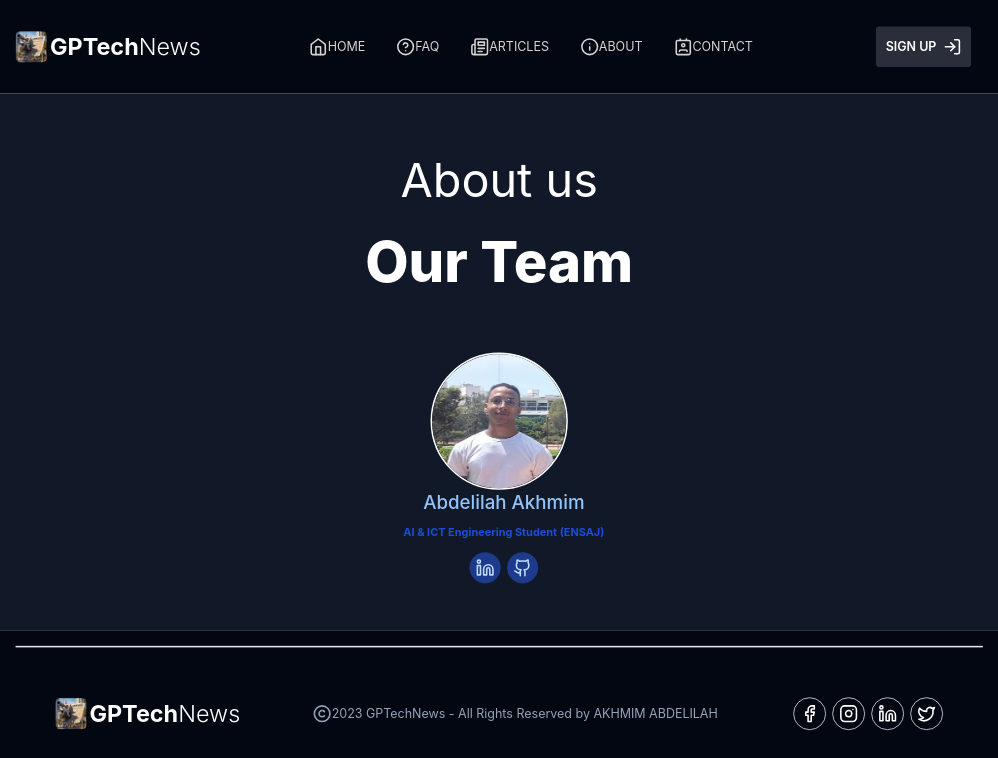
Repository: Lablab-me-Hackathon/gptech-news-frontend
Page: /about
The author's editor kept a copy of each file at every save. The page is drawn from the files as they stood at one save, then again after a run of saves.
The browser window is 1280 px wide. The pictures show the whole page, at 78% of full size.
The project was rebuilt for these pictures with package versions that can differ from the ones it lists, and the page was loaded fresh each time. Also part of the build but not shown: vite.config.js, src/services/home/Explore.jsx, src/services/home/Welcome.jsx, src/routes/Home.jsx, src/routes/FAQ.jsx, src/services/articles/Feed.jsx, src/services/articles/Article.jsx, src/components/Main.jsx and 4 more.

Above is the page before, as saved 2023-08-08 01:55:04.

### index.html
<!doctype html>
<html lang="en">
  <head>
    <meta charset="UTF-8" />
    <link rel="icon" type="image/svg+xml" href="/logo.png" />
    <meta name="viewport" content="width=device-width, initial-scale=1.0" />
    <title>GPTech News</title>
  </head>
  <body>
    <div id="root"></div>
    <script type="module" src="/src/main.jsx"></script>
  </body>
</html>

### src/App.jsx
import './styles/App.css'
import { BrowserRouter as Router, Route, Routes } from "react-router-dom";
import Home from "./routes/Home";
import Faq from "./routes/FAQ";
import Articles from "./routes/Articles";
import About from "./routes/About";
import SignUp from "./routes/SignUp";
import Contact from "./routes/Contact";

function App() {

  return (
    <Router >
      <Routes>
        <Route path="/" element={<Home />} />

        <Route path="/faq" element={<Faq />} />

        <Route path="/articles" element={<Articles />} />

        <Route path="/about" element={<About />} />

        <Route path="/sign-up" element={<SignUp />} />

        <Route path="/contact" element={<Contact />} />

      </Routes>
    </Router >
  )
}

export default App

### src/styles/index.css
@tailwind base;
@tailwind components;
@tailwind utilities;

* {
  padding: 0;
  margin: 0;
}

@layer components {
  .menu-item {
    @apply flex-box sm:flex-col lg:flex-row p-2 md:mx-3 mx-1 text-stone-300 text-base font-normal cursor-pointer border-black rounded hover:text-blue-900 hover:bg-white uppercase;
  }
  .flex-box {
    @apply flex items-center justify-center;
  }
  .home {
    @apply bg-[image:url('ainews.jpg')] bg-cover bg-no-repeat;
  }
  .team-img {
    @apply rounded-full w-44 h-44 border-black;
  }
  .colab {
    @apply flex-box flex-none p-3;
  }
}

:root {
  font-family: Inter, system-ui, Avenir, Helvetica, Arial, sans-serif;
  line-height: 1.5;
  font-weight: 400;

  color-scheme: light dark;
  color: rgba(255, 255, 255, 0.87);
  background-color: #242424;

  text-rendering: optimizeLegibility;
  -webkit-font-smoothing: antialiased;
  -moz-osx-font-smoothing: grayscale;
}

a {
  font-weight: 500;
  color: #646cff;
  text-decoration: inherit;
}
a:hover {
  color: #535bf2;
}

body {
  min-width: 320px;
  min-height: 100vh;
}

h1 {
  font-size: 3.2em;
  line-height: 1.1;
}

button {
  border-radius: 8px;
  border: 1px solid transparent;
  padding: 0.6em 1.2em;
  font-size: 1em;
  font-weight: 500;
  font-family: inherit;
  background-color: #1a1a1a;
  cursor: pointer;
  transition: border-color 0.25s;
}
button:hover {
  border-color: #646cff;
}
button:focus,
button:focus-visible {
  outline: 4px auto -webkit-focus-ring-color;
}

@media (prefers-color-scheme: light) {
  :root {
    color: #213547;
    background-color: #ffffff;
  }
  a:hover {
    color: #747bff;
  }
  button {
    background-color: #f9f9f9;
  }
}

### src/styles/App.css
#root {
  /* margin: 0 auto; */
  text-align: center;
}

.logo {
  height: 6em;
  padding: 1.5em;
  will-change: filter;
  transition: filter 300ms;
}
.logo:hover {
  filter: drop-shadow(0 0 2em #646cffaa);
}
.logo.react:hover {
  filter: drop-shadow(0 0 2em #61dafbaa);
}

@keyframes logo-spin {
  from {
    transform: rotate(0deg);
  }
  to {
    transform: rotate(360deg);
  }
}

@media (prefers-reduced-motion: no-preference) {
  a:nth-of-type(2) .logo {
    animation: logo-spin infinite 20s linear;
  }
}

.card {
  padding: 2em;
}

.read-the-docs {
  color: #888;
}

### src/routes/About.jsx
import Team from "../services/about/Team";
import Header from "./../components/Header";
import Footer from "./../components/Footer";

function About() {
  return (
    <div className="flex-box flex-col">
      <Header />
      <div className="text-center text-white h-full w-full py-10 flex-box flex-col scroll-smooth bg-gray-900">
        <h1 className="text-6xl py-10">About us</h1>
        <Team />
      </div>
      <Footer />
    </div>
  );
}

export default About;

### src/components/Footer.jsx
import Copyright from "../services/footer/Copyright";
import Logo from "../services/header/Logo";
import Social from './../services/footer/Social';

function Footer() {
  return (
    <div className="w-full h-full px-5 py-5 flex-box flex-col bg-gray-950 scroll-smooth text-center">
      <div className="w-full h-px border border-neutral-200"></div>
      <div className="bottom-footer w-full pt-12 flex-box justify-around flex-col md:flex-row flex-end">
      <Logo />
      <Copyright />
      <Social />
    </div>
    </div>
  );
}

export default Footer;

### src/components/Header.jsx
import MenuItems from "../services/header/MenuItems";
import Sign from "../services/header/Sign";
import { Menu } from "lucide-react";
import { useState } from "react";
import Logo from './../services/header/Logo';

function Header() {
  const [menuOpen, setMenuOpen] = useState(false);

  return (
    <div className="flex-box px-4 sm:flex-row lg:flex-row  justify-between w-full py-5 bg-gray-950 text-center">
      <Logo />
      <div className="hidden md:block">
        <MenuItems />
      </div>
      <div className="hidden md:block">
        <Sign />
      </div>
      <div
        className="text-white border p-2 rounded-md hover:text-blue-950 hover:bg-white cursor-pointer block md:hidden"
        onClick={() => {
          setMenuOpen((open) => !open);
        }}
      >
        <Menu />
        <div className="absolute top-20 left-0 bg-gray-950 flex-box flex-col pb-8 w-full">
          {menuOpen ? (
            <>
              {" "}
              <MenuItems /> <Sign />
            </>
          ) : (
            ""
          )}
        </div>
      </div>
    </div>
  );
}

export default Header;

### src/services/about/Team.jsx
import { Github, Linkedin } from "lucide-react";
import { team } from "../../data";

function Team() {
  return (
    <div className="scroll-tap font-bold">
      <h2 className="flex-box text-7xl font-extrabold pb-16 text">Our Team</h2>
      <ul className="flex-box flex-col divide-y divide-gray-200">
        {team.map((person, index) => (
          <li key={index} className="flex-box flex-none p-3 py-4 flex-col">
            <img className="rounded-full w-44 h-44 border-white border-2" src={person.image} alt="img" />
            <div className="ml-3 flex-box flex-col">
              <p className="text-2xl font-medium text-blue-300">
                {person.name}
              </p>
              <p className="p-3 text-blue-700 text-sm">{person.job}</p>
              <div className="flex-box">
                <div className="border-black bg-blue-900 cursor-pointer p-2 m-1 rounded-full hover:bg-blue-300">
                  <a className="text-blue-200 hover:text-blue-900" href={person.linkedIn}>
                    <Linkedin />
                  </a>
                </div>
                <div className="border-black bg-blue-900 cursor-pointer p-2 m-1 rounded-full hover:bg-blue-300">
                  <a className="text-blue-200 hover:text-blue-900" href={person.github}>
                    <Github />
                  </a>
                </div>
              </div>
            </div>
          </li>
        ))}
      </ul>
    </div>
  );
}

export default Team;

### src/services/footer/Copyright.jsx
import { CopyrightIcon } from "lucide-react";

function Copyright() {
  return (
    <div className="py-5 text-slate-400 text-base font-normal flex-box">
      <CopyrightIcon />
      2023 GPTechNews - All Rights Reserved by AKHMIM ABDELILAH
    </div>
  );
}

export default Copyright;

### src/services/header/Logo.jsx
import { useNavigate } from 'react-router-dom';

function Logo() {
  const navigate = useNavigate();

  return (
    <div onClick={() => navigate("/")} className="flex-box cursor-pointer">
      <img className="w-10 h-10 mx-1 rounded-md" src="logo.png" alt='logo' />
      <div className="">
        <span className="text-white text-3xl font-bold">GPTech</span>
        <span className="text-white text-3xl font-light">News</span>
      </div>
    </div>
  )
}

export default Logo

### src/services/footer/Social.jsx
import { Facebook, Instagram, Linkedin, Twitter } from "lucide-react";

function Social() {
  return (
    <div className="py-3">
      <div className="flex-box text-white">
        <div className="border cursor-pointer p-2 m-1 rounded-full ">
          <Facebook size={24} strokeWidth={2} />
        </div>
        <div className="border cursor-pointer p-2 m-1 rounded-full">
          <Instagram size={24} strokeWidth={2} />
        </div>
        <div className="border cursor-pointer p-2 m-1 rounded-full">
          <Linkedin size={24} strokeWidth={2} />
        </div>
        <div className="border cursor-pointer p-2 m-1 rounded-full">
          <Twitter size={24} strokeWidth={2} />
        </div>
      </div>
    </div>
  );
}

export default Social;

### src/services/header/MenuItems.jsx
import { Contact, HelpCircle, Home, Info, Newspaper } from "lucide-react";
import { useNavigate } from "react-router-dom";

function MenuItems() {
  const navigate = useNavigate();

  return (
    <div className="flex p-5 md:flex-row flex-col">
      <div onClick={() => navigate("/")} className="menu-item">
        <Home />
        Home
      </div>
      <div onClick={() => navigate("/faq")} className="menu-item">
        <HelpCircle />
        FAQ
      </div>
      <div onClick={() => navigate("/articles")} className="menu-item">
        <Newspaper />
        Articles
      </div>
      <div onClick={() => navigate("/about")} className="menu-item">
        <Info />
        About
      </div>
      <div onClick={() => navigate("/contact")} className="menu-item">
        <Contact />
        Contact
      </div>
    </div>
  );
}

export default MenuItems;

### src/services/header/Sign.jsx
import { LogIn } from "lucide-react";
import { useNavigate } from 'react-router-dom';

function Sign() {
  const navigate = useNavigate();

  return (
    <div onClick={() => navigate("/sign-up")} className="flex-box w-40 h-12 cursor-pointer uppercase text-center">
      <div className="px-3 py-3.5 text-white bg-gray-400 bg-opacity-25 rounded justify-start items-start inline-flex hover:bg-white hover:text-blue-900">
        <div className="flex-box text-base font-semibold leading-tight  ">
          Sign up &nbsp;
          <LogIn />
        </div>
      </div>
    </div>
  );
}

export default Sign;

### src/data/index.js
import team from './team';
export {team};

### src/data/team.js
// import AkhmimImg from '/team/akhmim.webp';
const team = [
  {
    name: "Abdelilah Akhmim",
    job: "AI & ICT Engineering Student (ENSAJ)",
    image: "team/akhmim.jpg",
    linkedIn: "http://linkedin.com/in/akhmim-abdelilah",
    github: "http://github.com/BrightProgrammer7",
  },
];
export default team;

### src/services/about/Card.jsx
function Card() {
  return (
    <div>
      <div className="bg-gray-950 w-96 rounded-lg overflow-hidden shadow-lg">
        <img
          className="w-full h-72"
          src="ainews.jpg"
          alt="ai news article"
        />
        <div className="px-6 py-4">
          <div className="font-bold text-xl mb-2">GPTechNews</div>
          <p className="text-gray-700 text-base">
            Clients want answers from reel articles that are written by human and not generated by chatgpt...
          </p>
        </div>
        <div className="px-6 pt-4 pb-2">
          <span className="inline-block bg-gray-200 rounded-full px-3 py-1 text-sm font-semibold text-gray-700 mr-2 mb-2">
            #information technologies
          </span>
          <span className="inline-block bg-gray-200 rounded-full px-3 py-1 text-sm font-semibold text-gray-700 mr-2 mb-2">
            #programming languages
          </span>
          <span className="inline-block bg-gray-200 rounded-full px-3 py-1 text-sm font-semibold text-gray-700 mr-2 mb-2">
            #artificial intelligence
          </span>
        </div>
      </div>
    </div>
  );
}

export default Card;

Loaded but not shown: src/main.jsx (common file); tailwind.config.js (common file)

After the next 7 saves:
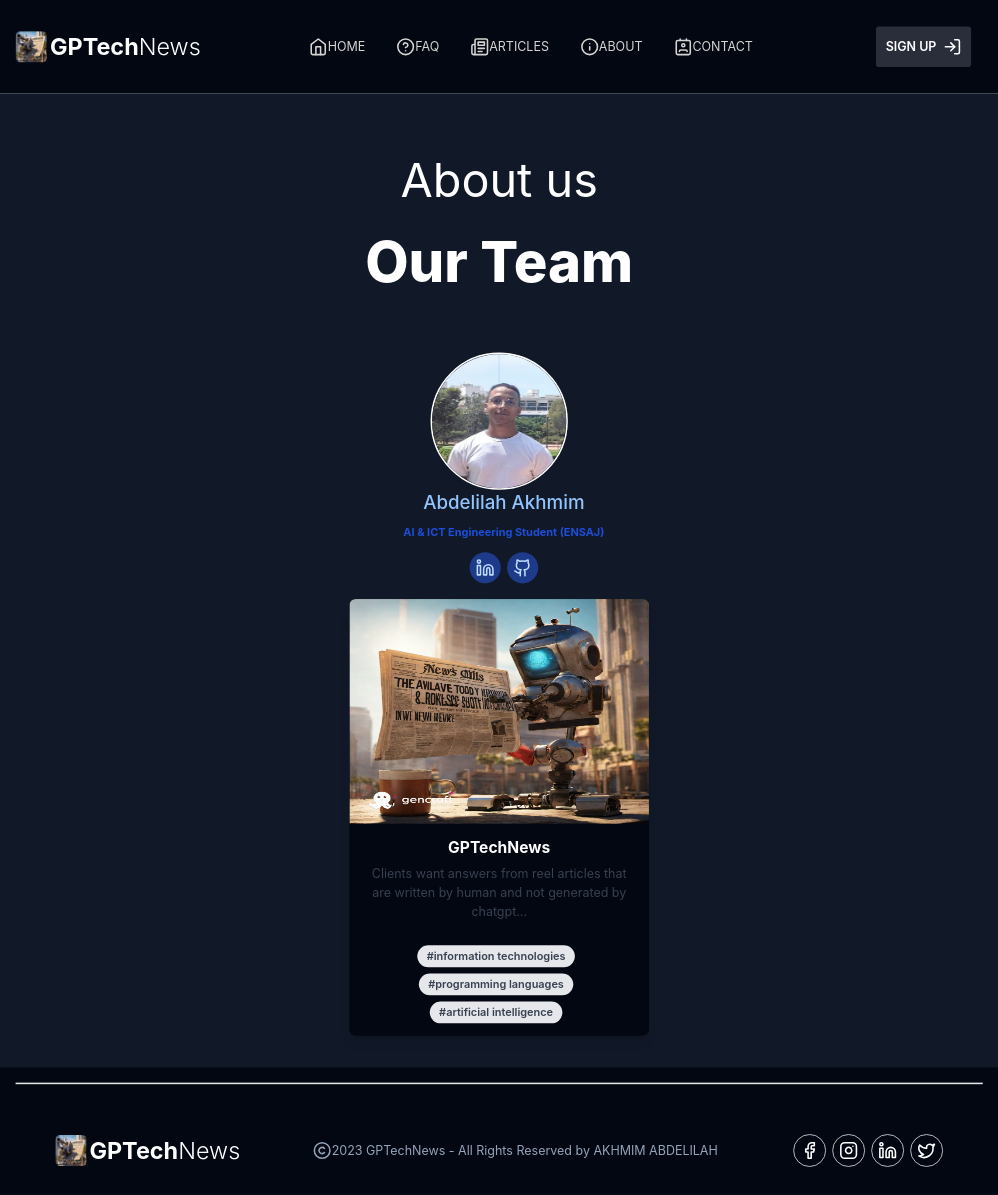
The 7 saves are shown as one change because 1 did not build or start and some came seconds apart.
The last was saved 25 s later.
--- a/src/routes/About.jsx
+++ b/src/routes/About.jsx
@@ -1,6 +1,7 @@
 import Team from "../services/about/Team";
 import Header from "./../components/Header";
 import Footer from "./../components/Footer";
+import Card from "../services/about/Card";
 
 function About() {
   return (
@@ -9,6 +10,7 @@ function About() {
       <div className="text-center text-white h-full w-full py-10 flex-box flex-col scroll-smooth bg-gray-900">
         <h1 className="text-6xl py-10">About us</h1>
         <Team />
+        <Card />
       </div>
       <Footer />
     </div>
